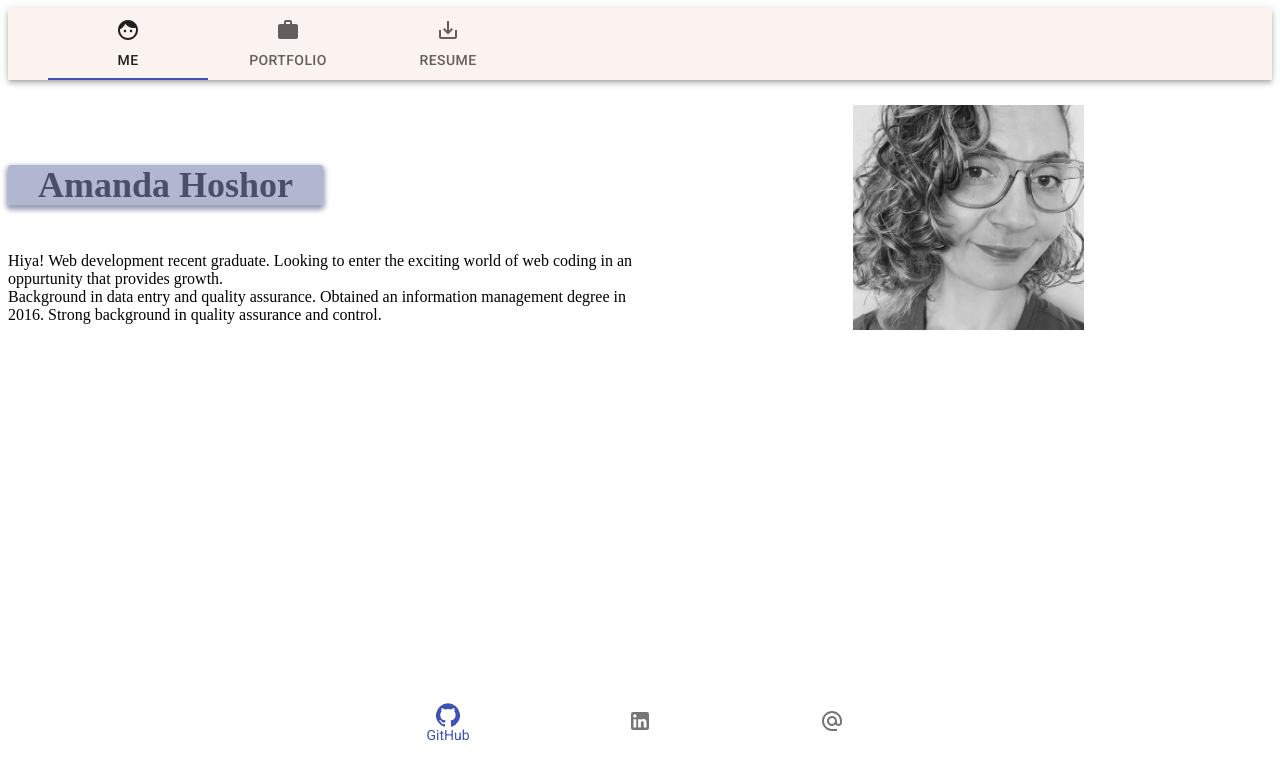
Repository: mandahos/hoshor
Page: /
These files come from the project's save history. The page is drawn as it stood at one moment and after the next save; the edit follows.
The browser window is 1280 px wide. The pictures show the whole page.
The project was rebuilt for these pictures with package versions that can differ from the ones it lists, and the page was loaded fresh each time. Also part of the build but not shown: src/components/Portfolio/index.js, src/components/Resume/index.js. Imported but missing from the stored project, and not drawn on this page: src/assets/resume/Amanda_Hoshor_Resume.PDF, src/assets/resume/Resume_Hoshor (1).pdf.

Above is the page before, as saved 2021-08-22 08:45:12.

After the next save:
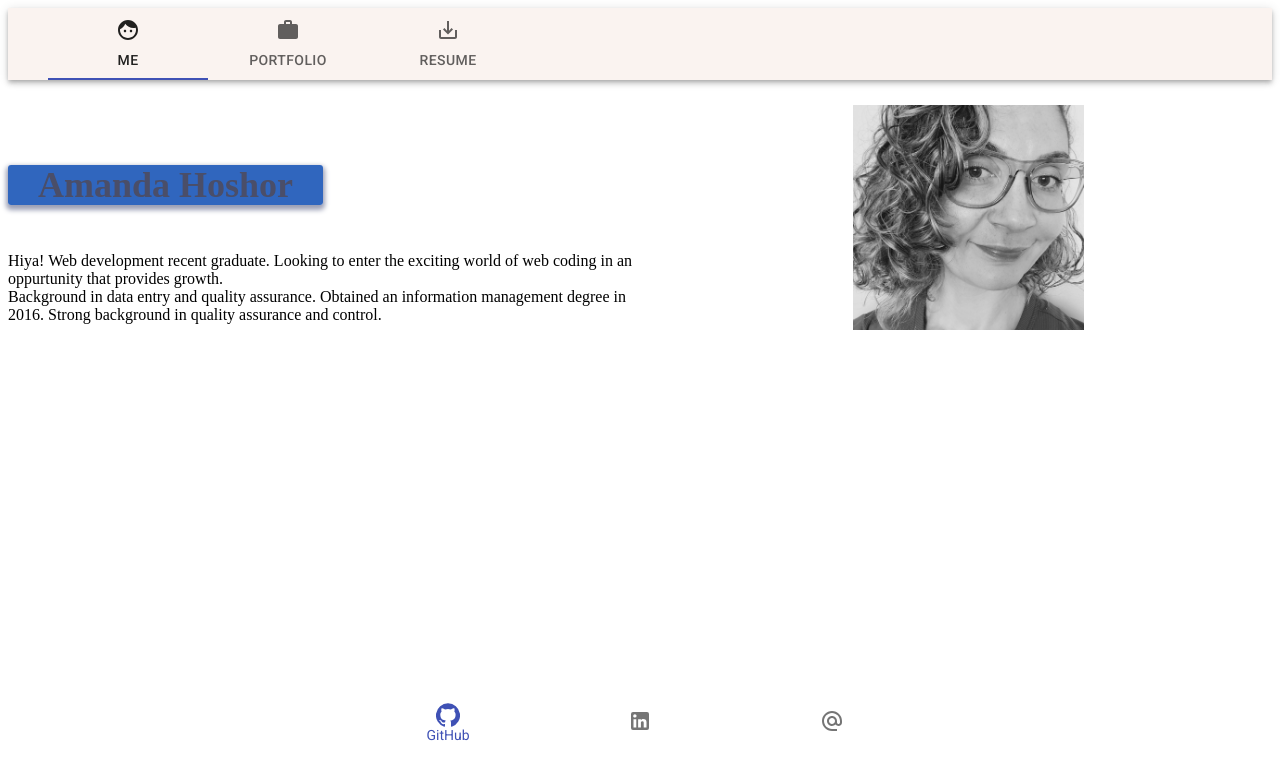
Saved 101 s later.
--- a/src/components/Me/index.js
+++ b/src/components/Me/index.js
@@ -16,7 +16,7 @@ import picture from '../../assets/images/portfolio.jpg'
 
 const useStyles = makeStyles({
   header: {
-    background: '#b1b7d1',
+    background: '#3066BE',
     border: 0,
     borderRadius: 3,
     boxShadow: '0 3px 5px 2px #9b9fb5',
